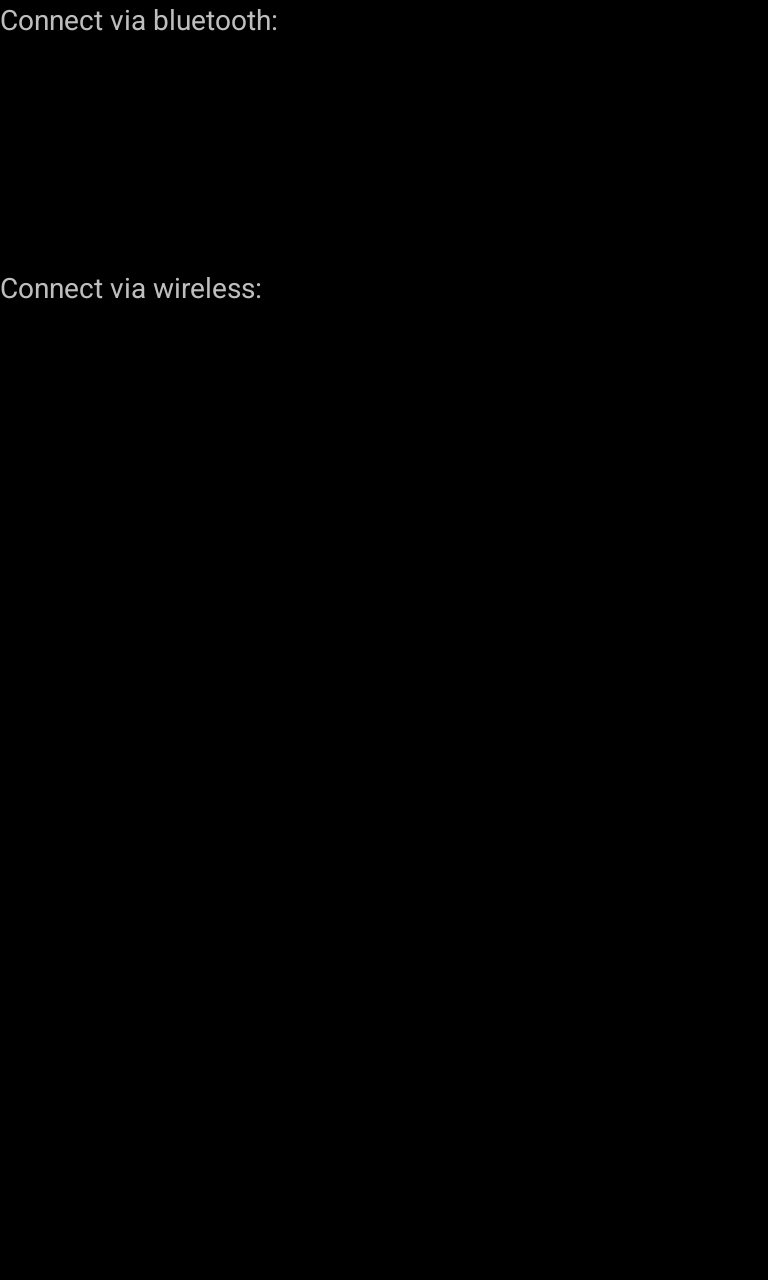
Repository: itayrom/androtux
Layout: app/AndroTux/res/layout/fragment_settings.xml
The author's editor kept a copy of each file at every save. The layout is drawn from the files as they stood at one save, then again after the next save.
It is drawn on a 768 x 1280 px phone screen (xhdpi) without system bars, with theme android:Theme.NoTitleBar.Fullscreen; the app's code is not run. Lists and similar views that code fills are empty.

Above is the layout before, as saved 2014-09-04 23:04:06.

### app/AndroTux/res/layout/fragment_settings.xml
<!--
  Android Remote for Tux (AndroTux)
  Copyright (C) 2014 Itay Rom <1t4yr0m@gmail.com> Tal Sabo <tal.sabo@gmail.com>

  This program is free software: you can redistribute it and/or modify
  it under the terms of the GNU General Public License as published by
  the Free Software Foundation, either version 3 of the License, or
  (at your option) any later version.

  This program is distributed in the hope that it will be useful,
  but WITHOUT ANY WARRANTY; without even the implied warranty of
  MERCHANTABILITY or FITNESS FOR A PARTICULAR PURPOSE.  See the
  GNU General Public License for more details.

  You should have received a copy of the GNU General Public License
  along with this program.  If not, see <http://www.gnu.org/licenses/>.
-->
<LinearLayout xmlns:android="http://schemas.android.com/apk/res/android"
    android:layout_width="fill_parent"
    android:layout_height="fill_parent"
    android:orientation="vertical" >

    <TextView
        android:layout_width="fill_parent"
        android:layout_height="wrap_content"
        android:text="Connect via bluetooth:"/>

    <ListView
        android:id="@+id/lvPaired"
        android:layout_width="match_parent"
        android:layout_height="100dp">
    </ListView>

    <TextView
        android:layout_width="fill_parent"
        android:layout_height="wrap_content"
        android:layout_marginTop="15dp"
        android:text="Connect via wireless:"/>

</LinearLayout>

After the next save:
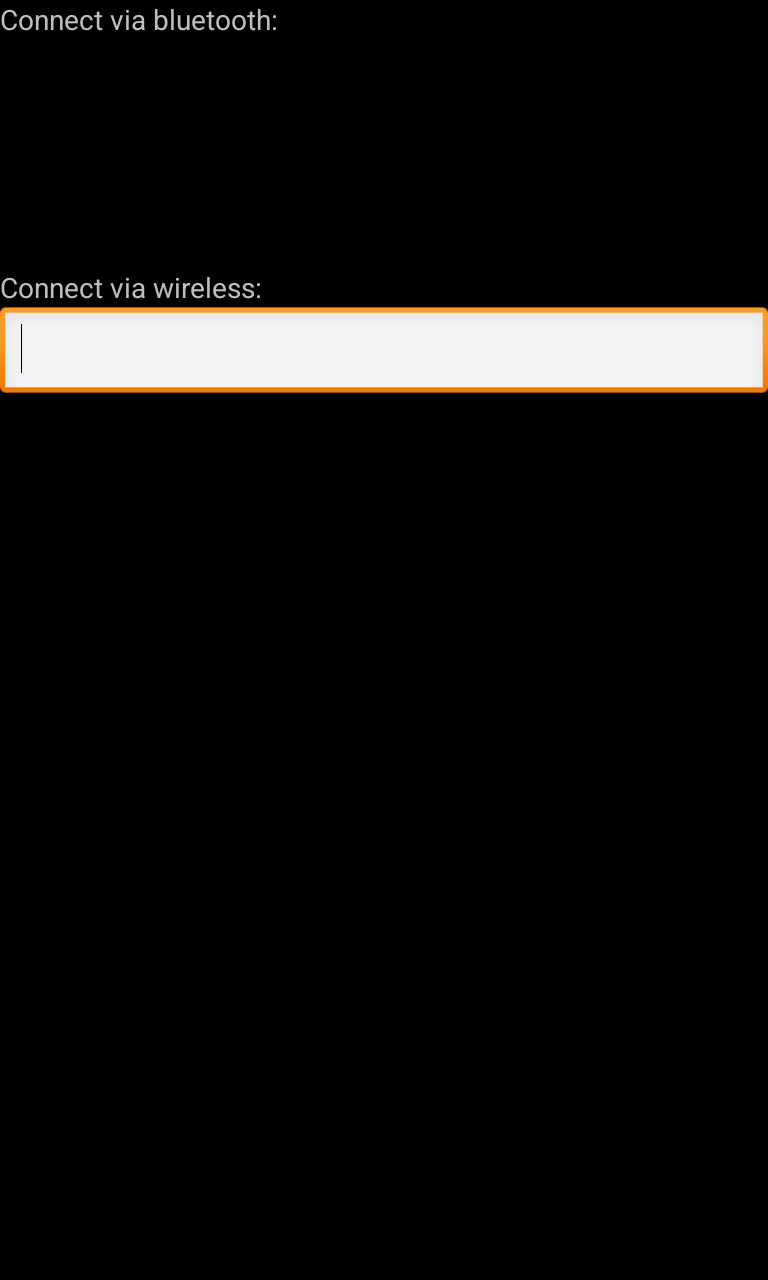
Saved 26 s later.
--- a/app/AndroTux/res/layout/fragment_settings.xml
+++ b/app/AndroTux/res/layout/fragment_settings.xml
@@ -37,4 +37,13 @@
         android:layout_marginTop="15dp"
         android:text="Connect via wireless:"/>
 
+    <EditText
+        android:id="@+id/txtRemoteIp"
+        android:layout_width="match_parent"
+        android:layout_height="wrap_content"
+        android:ems="10" >
+
+        <requestFocus />
+    </EditText>
+
 </LinearLayout>

After the 2 saves that followed:
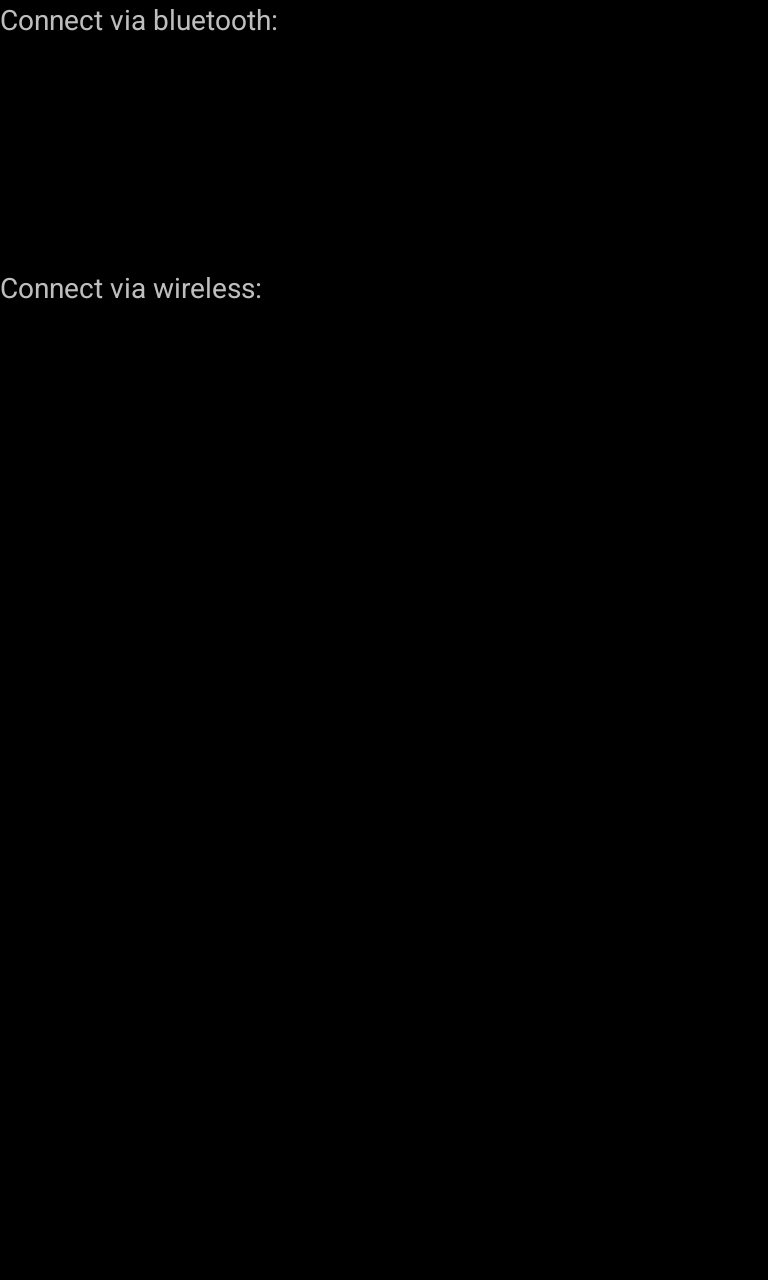
The 2 saves are shown as one change because 1 did not build or start.
The last was saved 38 s later.
--- a/app/AndroTux/res/layout/fragment_settings.xml
+++ b/app/AndroTux/res/layout/fragment_settings.xml
@@ -37,13 +37,7 @@
         android:layout_marginTop="15dp"
         android:text="Connect via wireless:"/>
 
-    <EditText
-        android:id="@+id/txtRemoteIp"
-        android:layout_width="match_parent"
-        android:layout_height="wrap_content"
-        android:ems="10" >
 
-        <requestFocus />
-    </EditText>
+
 
 </LinearLayout>
